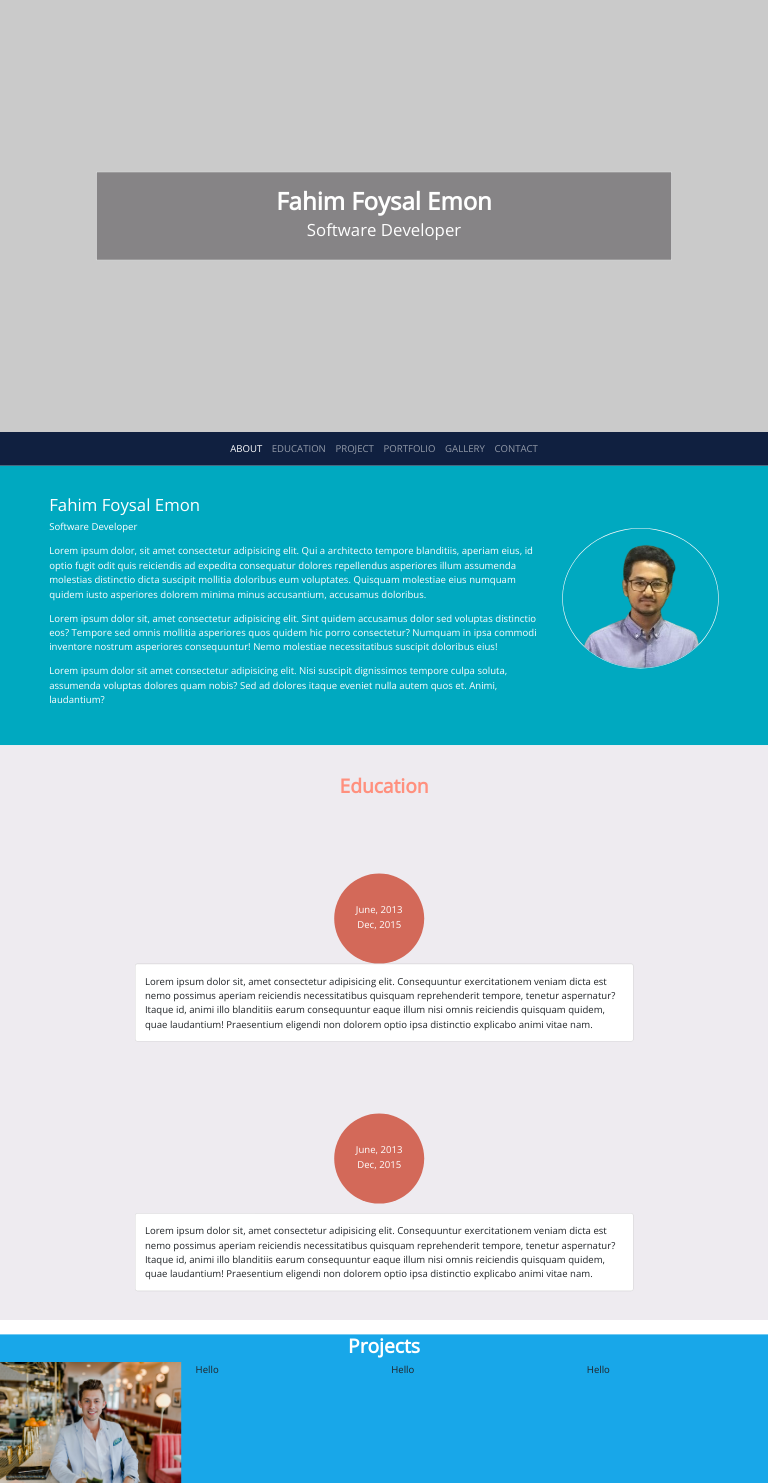
Repository: emowzz/emowzz.github.io
Page: index.html
An editor plug-in stored every save of this project. The page is shown before and after the next save, followed by the edit.
The browser window is 1280 px wide. The page is 1292 px wide, so the pictures cover 1292 px, including what lies to the right of the window. The pictures show the whole page, at 60% of full size.
Some web libraries are served in a nearby version.

Above is the page before, as saved 2021-03-17 23:13:01.

### index.html
<!doctype html>
<html lang="en">

<head>
  <!-- Required meta tags -->
  <meta charset="utf-8">
  <meta name="viewport" content="width=device-width, initial-scale=1">
  <link rel="shortcut icon" type="image/png" href="./Image/myImgZoom.jpg">
  <!-- Bootstrap CSS -->
  <link href="https://cdn.jsdelivr.net/npm/bootstrap@5.0.0-beta2/dist/css/bootstrap.min.css" rel="stylesheet"
    integrity="sha384-BmbxuPwQa2lc/FVzBcNJ7UAyJxM6wuqIj61tLrc4wSX0szH/Ev+nYRRuWlolflfl" crossorigin="anonymous">
  <link rel="preconnect" href="https://fonts.gstatic.com">
  <link href="https://fonts.googleapis.com/css2?family=Open+Sans:wght@300&display=swap" rel="stylesheet">
  <link rel="stylesheet" href="./CSS/style.css">


  <title>Hi There, I'm Fahim Foysal Emon!</title>

  <script src="https://kit.fontawesome.com/a076d05399.js" crossorigin="anonymous"></script>
</head>

<body>

  <!-- this is banner section -->
  <section class="banner-container container-fluid">
    <div class="row vh-100">
      <div class="col-md-9 banner-column m-auto text-center text-white p-4 border border-light">
        <h1 class="display:4 fw-bolder">Fahim Foysal Emon</h1>
        <h3>Software Developer</h3>
      </div>
    </div>
  </section>

  <!-- this is nav-bar section -->
  <nav class="navbar navbar-expand-lg navbar-dark navbar-container">
    <div class="container-fluid">
      <button class="navbar-toggler" type="button" data-bs-toggle="collapse" data-bs-target="#navbarSupportedContent"
        aria-controls="navbarSupportedContent" aria-expanded="false" aria-label="Toggle navigation">
        <span class="navbar-toggler-icon"></span>
      </button>
      <div class="collapse navbar-collapse" id="navbarSupportedContent">
        <ul class="navbar-nav m-auto mb-2 mb-lg-0">
          <li class="nav-item">
            <a class="nav-link active" aria-current="page" href="#About">ABOUT</a>
          </li>
          <li class="nav-item">
            <a class="nav-link" href="#Education">EDUCATION</a>
          </li>
          <li class="nav-item">
            <a class="nav-link" href="#Project">PROJECT</a>
          </li>
          <li class="nav-item">
            <a class="nav-link" href="#Portfolio">PORTFOLIO</a>
          </li>
          <li class="nav-item">
            <a class="nav-link" href="#Gallery">GALLERY</a>
          </li>
          <li class="nav-item">
            <a class="nav-link" href="#Contact">CONTACT</a>
          </li>
        </ul>
      </div>
    </div>
  </nav>

  <!-- this is about section -->
  <div class="about-container" id="About">
    <div class="container">
      <div class="row align-items-center justify-content-center">
        <div class="col-md-9 py-5 text-white">
          <h3>Fahim Foysal Emon</h3>
          <p>Software Developer</p>
          <p>Lorem ipsum dolor, sit amet consectetur adipisicing elit. Qui a architecto tempore blanditiis, aperiam
            eius, id optio fugit odit quis reiciendis ad expedita consequatur dolores repellendus asperiores illum
            assumenda molestias distinctio dicta suscipit mollitia doloribus eum voluptates. Quisquam molestiae eius
            numquam quidem iusto asperiores dolorem minima minus accusantium, accusamus doloribus.</p>
          <p>Lorem ipsum dolor sit, amet consectetur adipisicing elit. Sint quidem accusamus dolor sed voluptas
            distinctio eos? Tempore sed omnis mollitia asperiores quos quidem hic porro consectetur? Numquam in ipsa
            commodi inventore nostrum asperiores consequuntur! Nemo molestiae necessitatibus suscipit doloribus eius!
          </p>
          <p>
            Lorem ipsum dolor sit amet consectetur adipisicing elit. Nisi suscipit dignissimos tempore culpa soluta,
            assumenda voluptas dolores quam nobis? Sed ad dolores itaque eveniet nulla autem quos et. Animi, laudantium?
          </p>
        </div>

        <div class="col-md-3 mb-4">
          <img src="/Image/myImg.png" alt="" class="img-fluid border rounded-circle border-light">
        </div>
      </div>
    </div>
  </div>

  <!-- this is education section -->
  <div class="education-container" id="Education">
    <div class="container">
      <div class="row text-center">
        <div class="col py-5">
          <h2 class="bg-redType-color fw-bolder">
            Education
          </h2>
        </div>
      </div>

      <div class="row my-4 py-5 align-items-center justify-content-center">
        <div class="col-md-2 pd-3 mx-5">
          <div class="circle text-center text-white">
            <p class="py-5">
              June, 2013 <br>
              Dec, 2015
            </p>
          </div>
        </div>

        <div class="col-md-9">
          <div class="card">
            <div class="card-body">
              Lorem ipsum dolor sit, amet consectetur adipisicing elit. Consequuntur exercitationem veniam dicta est
              nemo possimus aperiam reiciendis necessitatibus quisquam reprehenderit tempore, tenetur aspernatur? Itaque
              id, animi illo blanditiis earum consequuntur eaque illum nisi omnis reiciendis quisquam quidem, quae
              laudantium! Praesentium eligendi non dolorem optio ipsa distinctio explicabo animi vitae nam.
            </div>
          </div>
        </div>

      </div>

      <div class="row my-4 py-5 align-items-center justify-content-center">
        <div class="col-md-2 pb-3 mx-5">
          <div class="circle text-center text-white">
            <p class="py-5">
              June, 2013 <br>
              Dec, 2015
            </p>
          </div>
        </div>

        <div class="col-md-9">
          <div class="card">
            <div class="card-body">
              Lorem ipsum dolor sit, amet consectetur adipisicing elit. Consequuntur exercitationem veniam dicta est
              nemo possimus aperiam reiciendis necessitatibus quisquam reprehenderit tempore, tenetur aspernatur? Itaque
              id, animi illo blanditiis earum consequuntur eaque illum nisi omnis reiciendis quisquam quidem, quae
              laudantium! Praesentium eligendi non dolorem optio ipsa distinctio explicabo animi vitae nam.
            </div>
          </div>
        </div>

      </div>
    </div>
  </div>

  <!-- this is project section -->

  <div class="project-container">
    <div class="container"></div>
      <div class="row text-center">
        <div class="col">
          <h2 class="text-white fw-bolder">
            Projects
          </h2>
        </div>
      </div>
      <div class="row">
        <div class="col-md-3">
          <img src="./Image/unsplash_boy.jpg" alt="" class="img-fluid">
          <a href=""></a>
        </div>
        <div class="col-md-3">
          <p>Hello</p>
        </div>
        <div class="col-md-3">
          <p>Hello</p>
        </div>
        <div class="col-md-3">
          <p>Hello</p>
        </div>
      </div>
    </div>
  </div>

  <!-- Optional JavaScript; choose one of the two! -->

  <!-- Option 1: Bootstrap Bundle with Popper -->
  <script src="https://cdn.jsdelivr.net/npm/bootstrap@5.0.0-beta2/dist/js/bootstrap.bundle.min.js"
    integrity="sha384-b5kHyXgcpbZJO/tY9Ul7kGkf1S0CWuKcCD38l8YkeH8z8QjE0GmW1gYU5S9FOnJ0"
    crossorigin="anonymous"></script>

  <!-- Option 2: Separate Popper and Bootstrap JS -->
  <!--
    <script src="https://cdn.jsdelivr.net/npm/@popperjs/core@2.6.0/dist/umd/popper.min.js" integrity="sha384-KsvD1yqQ1/1+IA7gi3P0tyJcT3vR+NdBTt13hSJ2lnve8agRGXTTyNaBYmCR/Nwi" crossorigin="anonymous"></script>
    <script src="https://cdn.jsdelivr.net/npm/bootstrap@5.0.0-beta2/dist/js/bootstrap.min.js" integrity="sha384-nsg8ua9HAw1y0W1btsyWgBklPnCUAFLuTMS2G72MMONqmOymq585AcH49TLBQObG" crossorigin="anonymous"></script>
    -->
</body>

</html>

### CSS/style.css
body {
    font-family: 'Open Sans', sans-serif;
}


.banner-container {
    background-color: #CACACA;
}

.banner-column {
    background-color: #868486;
}

.navbar-container {
    background-color: #102040;
}

.about-container {
    background-color: #00A9C0;
}

.education-container {
    background-color: #eeebf0;
}

.bg-redType {
    background-color: #d36959;
}

.bg-redType-color {
    color: #FF907E;
}

.circle {
    background-color: #d36959;
    width: 150px;
    height: 150px;
    border-radius: 50%;
}

.project-container {
    background-color: #18a7e9;
}

After the next save:
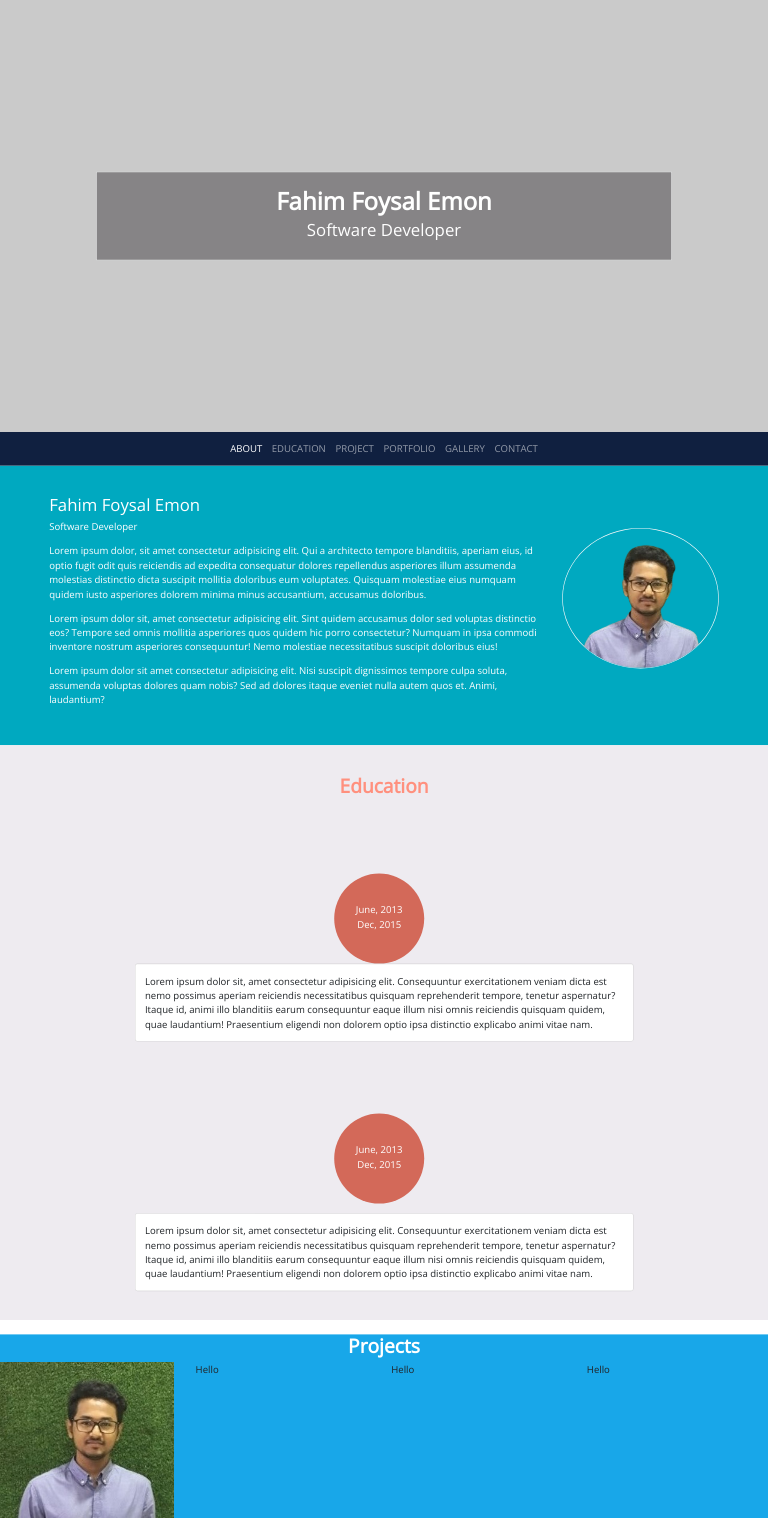
Saved 13 s later.
--- a/index.html
+++ b/index.html
@@ -163,7 +163,7 @@
       </div>
       <div class="row">
         <div class="col-md-3">
-          <img src="./Image/unsplash_boy.jpg" alt="" class="img-fluid">
+          <img src="./Image/myImgZoom.jpg" alt="" class="img-fluid">
           <a href=""></a>
         </div>
         <div class="col-md-3">
